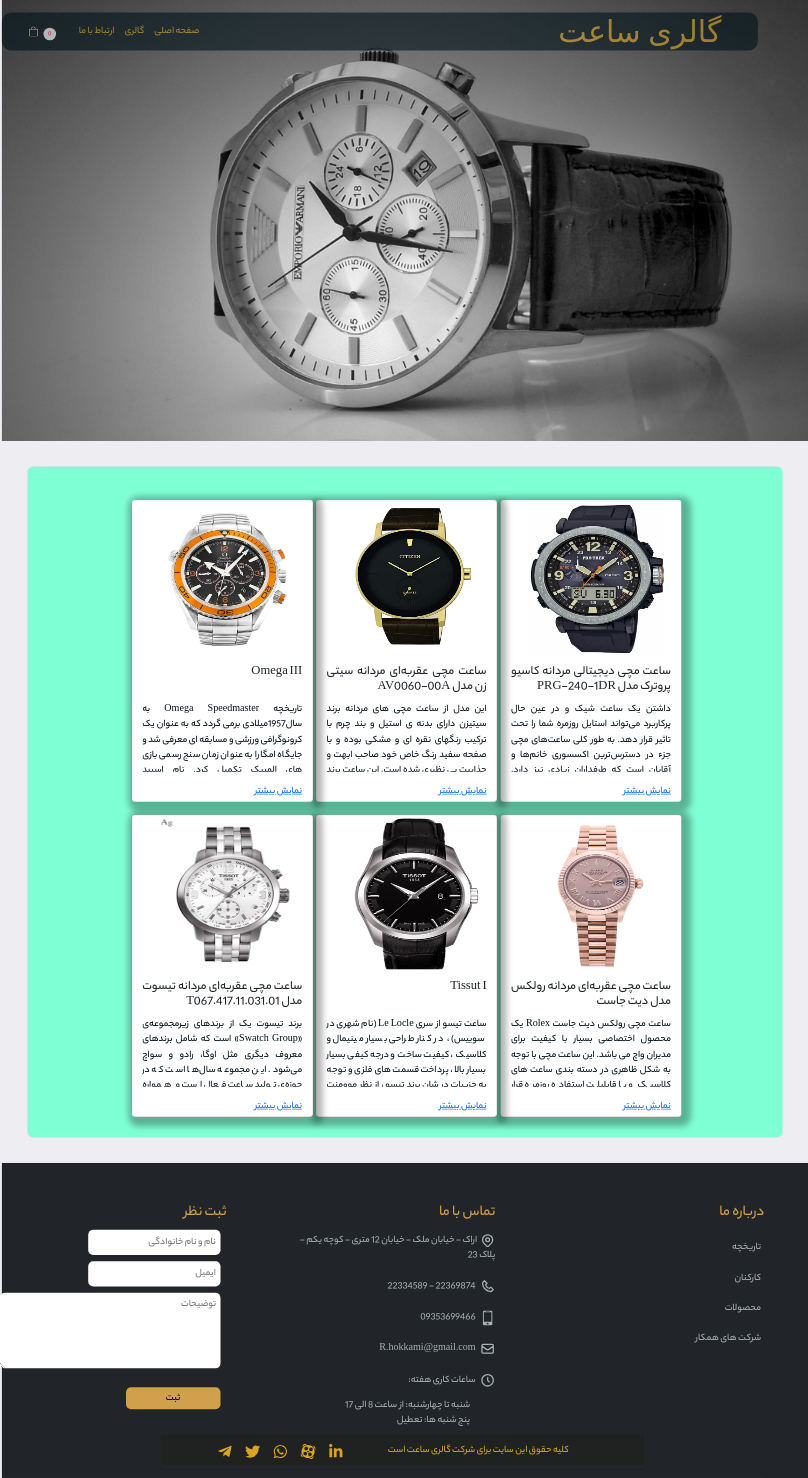
Repository: hokkami/store-prj
Page: /
These files come from the project's save history. The page is drawn as it stood at one moment and after the next save; the edit follows.
The browser window is 1280 px wide. The page is 1283 px wide, so the pictures cover 1283 px, including what lies to the right of the window. The pictures show the whole page, at 63% of full size.
The project was rebuilt for these pictures with package versions that can differ from the ones it lists, and the page was loaded fresh each time. Also part of the build but not shown: src/Pages/BagPage/BagPage.jsx, src/components/Location/Location.js, src/Pages/ContactUS/ContactUS.css, src/Pages/ContactUS/ContactUS.js, src/Pages/HistoryCompany/HistoryCompany.css, src/Pages/HistoryCompany/HistoryCompany.js, src/components/Card/ProductsCard.js, src/Pages/Personnel/Personnel.css and 10 more.

Above is the page before, as saved 2022-09-27 01:40:20.

After the next save:
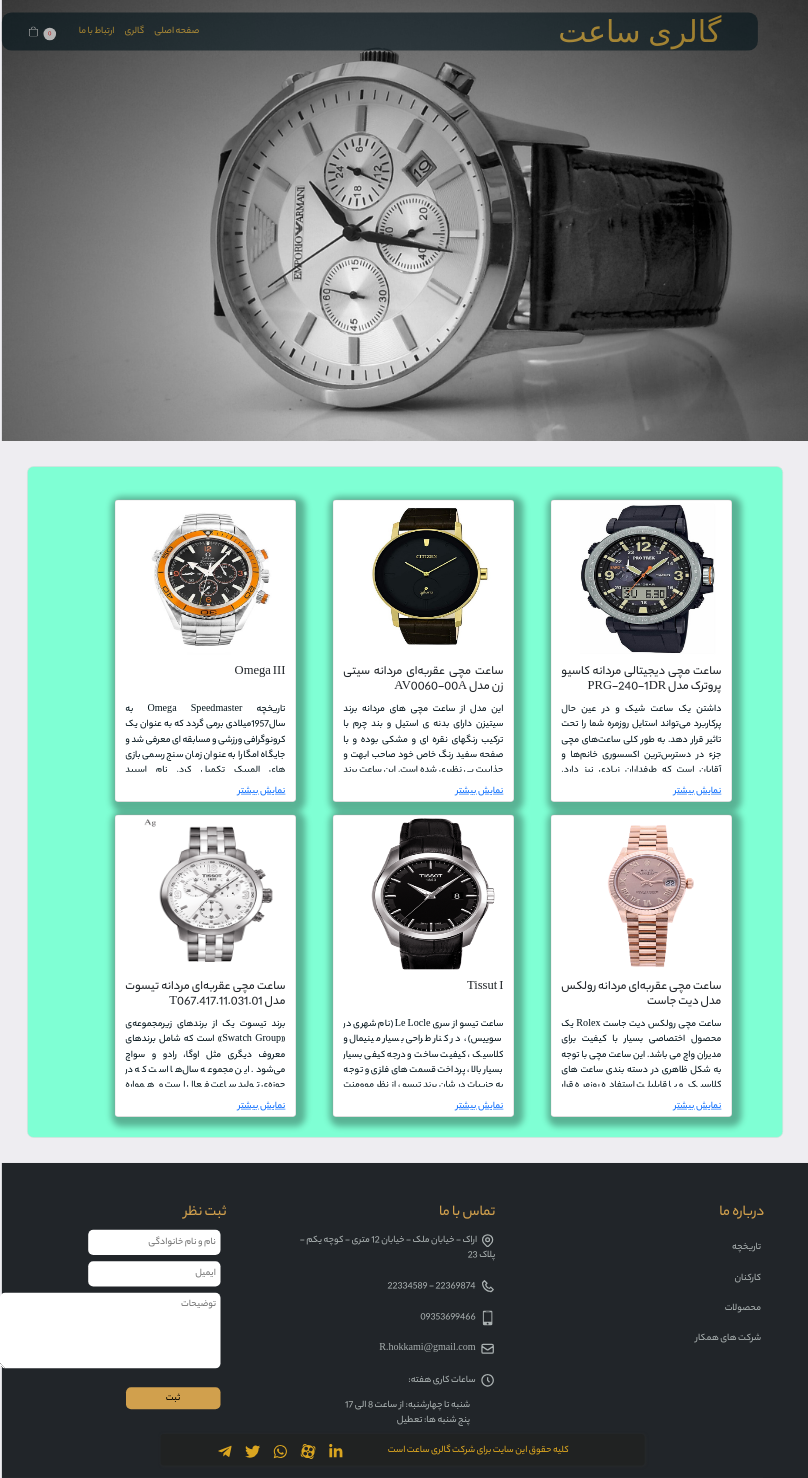
Saved 9 s later.
--- a/src/Pages/Home/Home.css
+++ b/src/Pages/Home/Home.css
@@ -10,5 +10,5 @@
   text-align: justify;
   margin: 40px;
   background-color: aquamarine;
-  padding:2rem 10rem;
+  padding:2rem 5rem;
 }
